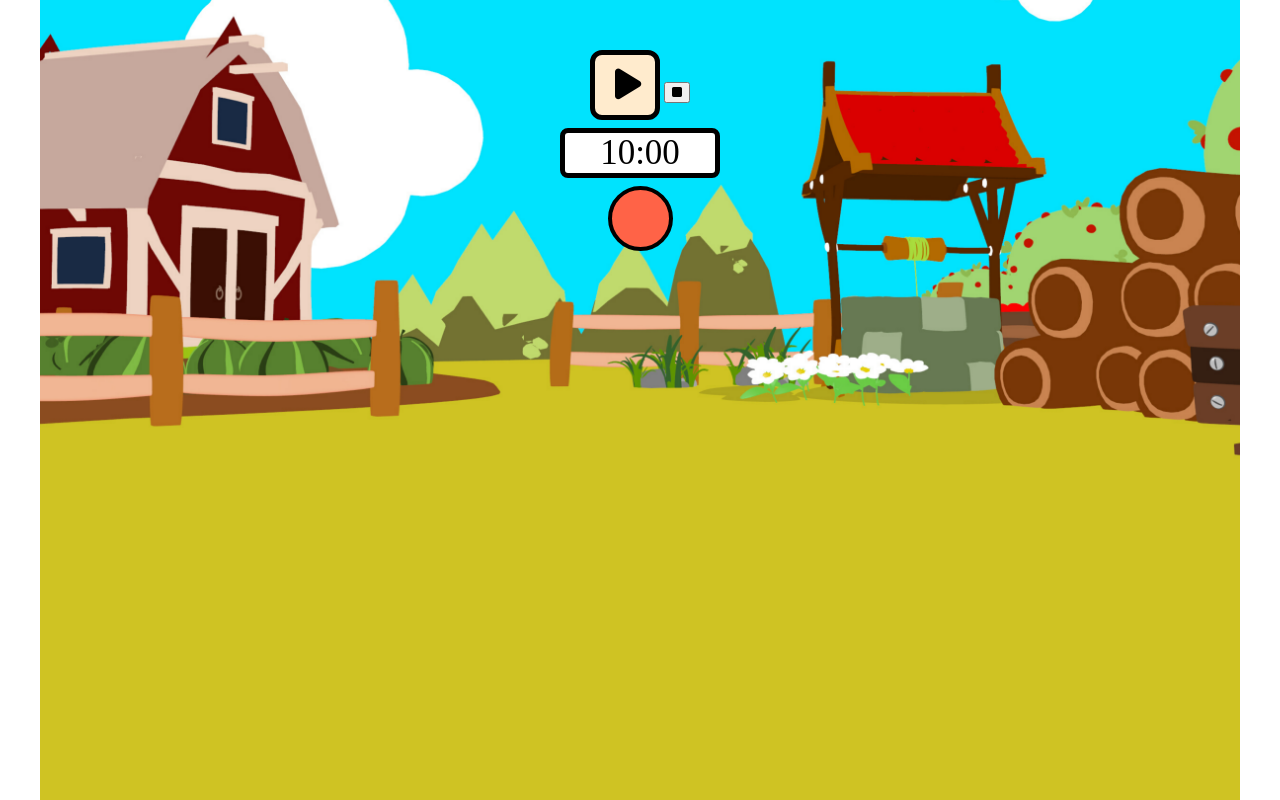
Repository: keehoonjung/Bug-Game
Page: index.html
The author's editor kept a copy of each file at every save. The page is drawn from the files as they stood at one save, then again after the next save.
The browser window is 1280 px wide. The pictures show the whole page.
Some web libraries are served in a nearby version.

Above is the page before, as saved 2021-08-10 16:33:06.

### index.html
<!DOCTYPE html>
<html lang="en">
<head>
    <meta charset="UTF-8">
    <meta http-equiv="X-UA-Compatible" content="IE=edge">
    <meta name="viewport" content="width=device-width, initial-scale=1.0">
    <title>Document</title>
    <link rel="stylesheet" href="style.css">
    <script src="main.js" defer></script>
    <script src="https://kit.fontawesome.com/a7a8d59961.js" crossorigin="anonymous"></script>
</head>
<body>
    <section class="container">
        <section class="header">
            <button class="play__btn">
                <i class="fas fa-play"></i>
            </button>
            <button class="stop__btn">
                <i class="fas fa-stop"></i>
            </button>
            <div class="timer">
                10:00
            </div>
            <div class="count"></div>
        </section>
        <section class="playground">
        </section>
        <div class="popup">
            <button class="popup__btn">
                <i class="fas fa-redo"></i>
            </button>
            <div class="popup__message">YOU LOST</div>
        </div>
    </section>
</body>
</html>

### style.css
* {
  box-sizing: border-box;
}

body {
  margin: 0;
  text-align: center;
}

.container {
  background: center/ cover no-repeat url(/img/background.png);
  width: 1200px;
  height: 800px;
  margin: auto;
}

.header {
  height: 400px;
  padding-top: 50px;
}

.play__btn {
  width: 70px;
  height: 70px;
  background-color: blanchedalmond;
  font-size: 35px;
  border: 5px solid black;
  border-radius: 12px;
  padding-left: 12px;
  margin-bottom: 8px;
}

.timer {
  margin: auto;
  width: 160px;
  height: 50px;
  border: 5px solid black;
  border-radius: 8px;
  font-size: 35px;
  background-color: white;
  margin-bottom: 8px;
}

.count {
  margin: auto;
  width: 65px;
  height: 65px;
  background-color: tomato;
  border: 4px solid black;
  border-radius: 50%;
  font-size: 35px;
  padding: 9px 0;
  color: white;
}

.playground {
  position: relative;
  height: 400px;
}

.carrot {
  position: absolute;
}

.bug {
  position: absolute;
}

.popup {
  position: relative;
  bottom: 300px;
  left: 300px;
  width: 600px;
  height: 200px;
  background-color: rgba(9, 9, 9, 0.5);
  padding-top: 20px;
  border-radius: 12px;
  display: none;
}

.popup.visible {
  display: block;
}

.popup__btn {
  width: 80px;
  height: 80px;
  background-color: blanchedalmond;
  border: 4px solid black;
  border-radius: 8px;
  font-size: 40px;
  margin-bottom: 20px;
}

.popup__message {
  font-size: 40px;
  color: white;
}

### main.js
"use strict";

// 1. 플레이 버튼 누르면 벌래랑 당근 만들기.
const carroutCount = 10;
const bugCount = 6;

const playBtn = document.querySelector(".play__btn");
const count = document.querySelector(".count");
const playground = document.querySelector(".playground");
const popup = document.querySelector(".popup");
const popupMessage = document.querySelector(".popup__message");
const popupBtn = document.querySelector(".popup__btn");
let num;

playBtn.addEventListener("click", () => {
  gameStart();
});
function gameStart() {
  num = carroutCount + 1;
  createItem("carrot", carroutCount);
  createItem("bug", bugCount);
  countCarrot();
}
function createItem(name, count) {
  for (let i = 0; i < count; i++) {
    const leftcoor = Math.random() * 1000 + 100;
    const topcoor = Math.random() * 300;
    const item = document.createElement("img");
    item.setAttribute("class", `${name}`);
    item.setAttribute("id", i);
    item.setAttribute("src", `./img/${name}.png`);
    item.style.top = `${topcoor}px`;
    item.style.left = `${leftcoor}px`;
    playground.appendChild(item);
  }
}

// 2. 플레이 버튼 누르면 시간 감소

// 3. 당근, 벌래 누르면 없어짐
playground.addEventListener("click", (event) => {
  const target = event.target;
  if (target.classList == "carrot") {
    target.remove();
    countCarrot();
  } else if (target.classList == "bug") {
    visiblePopup("loose");
  }
});

// 4. 당근 없어질때마다 카운트 감소
function countCarrot() {
  num--;
  count.textContent = `${num}`;
  if (num === 0) {
    visiblePopup("win");
  }
}

// 5. 카운트가 다 달면 팝업 보이기, 시간 다달면 팝업 보이기, 벌래 클릭하면 팝업 보이기
function visiblePopup(result) {
  if (result == "win") {
    popupMessage.textContent = " YOU WIN";
    popup.classList.add("visible");
  } else if (result == "loose") {
    popupMessage.textContent = " YOU Loose";
    popup.classList.add("visible");
  }
}

// 6.retry 버튼 누르면 재시작
popupBtn.addEventListener("click", () => {
  playground.innerHTML = "";
  popup.classList.remove("visible");
  gameStart();
});

After the next save:
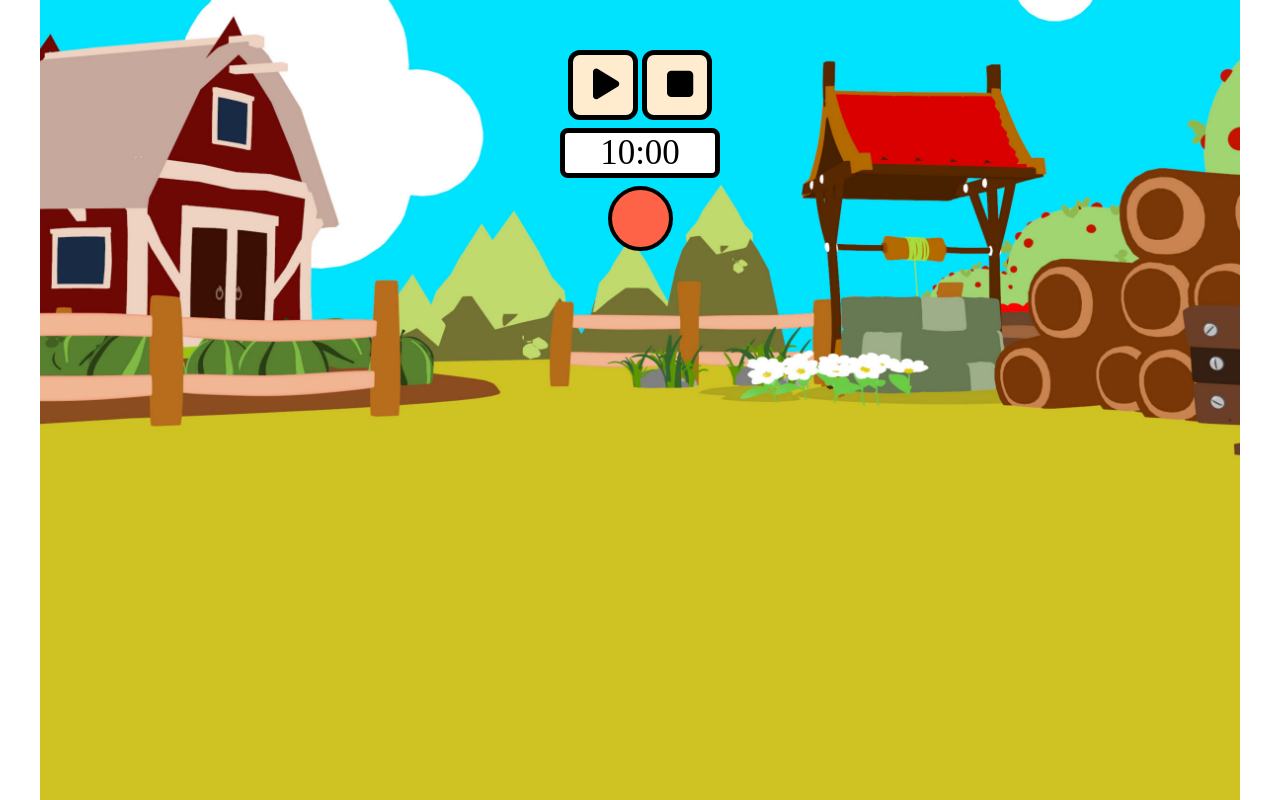
Saved 29 s later.
--- a/style.css
+++ b/style.css
@@ -20,6 +20,17 @@ body {
 }
 
 .play__btn {
+  width: 70px;
+  height: 70px;
+  background-color: blanchedalmond;
+  font-size: 35px;
+  border: 5px solid black;
+  border-radius: 12px;
+  padding-left: 12px;
+  margin-bottom: 8px;
+}
+
+.stop__btn {
   width: 70px;
   height: 70px;
   background-color: blanchedalmond;
